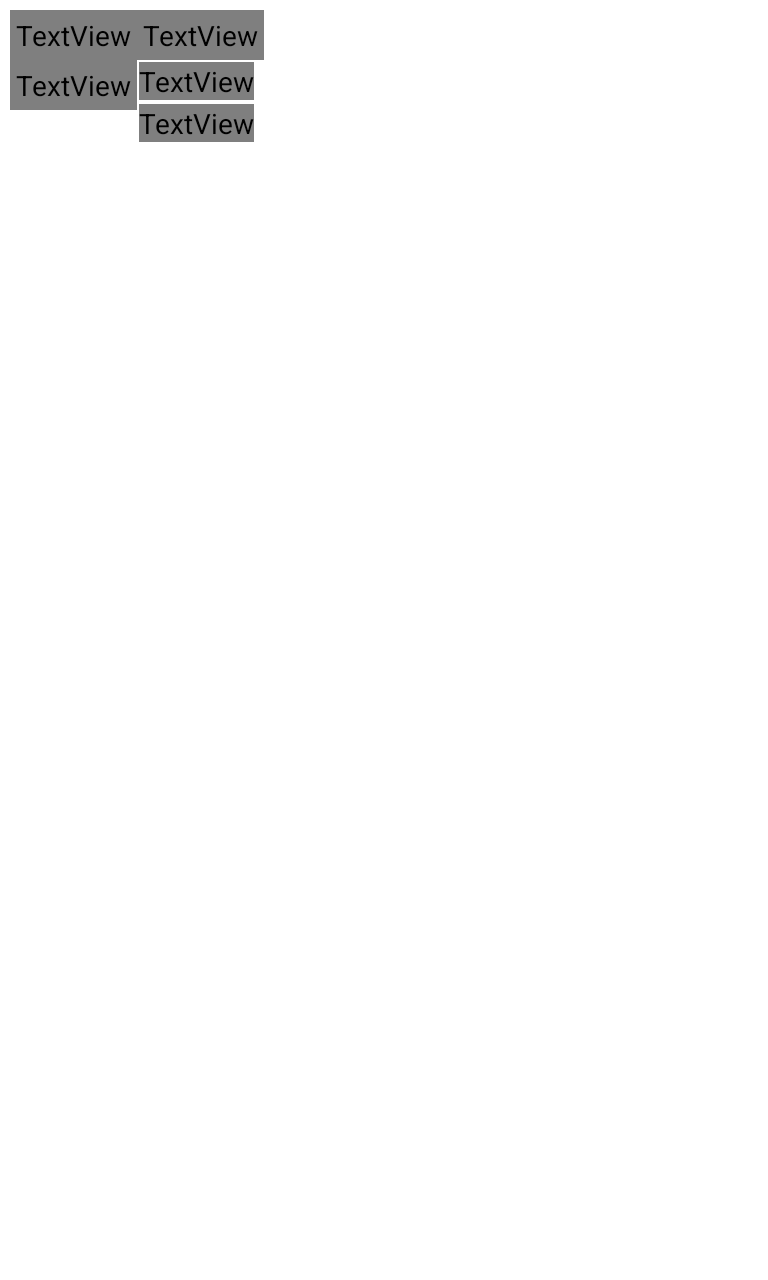
Repository: jascrer/Sistema_de_Inclusiones_IC-ITCR
Layout: ITCR.Inclutec/res/layout/detail_child_row.xml
These files come from the project's save history. The layout is drawn as it stood at one moment and after the next save; the edit follows.
Pictures or frames that could not be fetched are drawn as grey boxes. It is drawn on a 768 x 1280 px phone screen (xhdpi) without system bars, with theme AppTheme; the app's code is not run. The app's manifest (not shown) leaves right-to-left support off. So textAlignment, textDirection and layoutDirection are ignored, and left and right values win over start and end ones.

Above is the layout before, as saved 2014-01-08 04:16:31.

### ITCR.Inclutec/res/layout/detail_child_row.xml
<?xml version="1.0" encoding="utf-8"?>
<RelativeLayout xmlns:android="http://schemas.android.com/apk/res/android"
    android:layout_width="fill_parent"
    android:layout_height="wrap_content"
    style="@style/activated"
    android:orientation="horizontal"
    android:padding="5dip">

    <!-- android:background="@android:attr/activatedBackgroundIndicator"-->

    <!-- Grupo -->

    <TextView
            android:id="@+id/lbl_ForGrupo"
            android:focusable="false"
	    	android:textSize="12sp"
	    	android:padding="3dip"
	    	android:textStyle="normal"
	    	android:textColor="#ffffff"
	        android:fontFamily="droid_serif"
	    	android:layout_width="wrap_content"
	    	android:layout_height="wrap_content"
	    	android:layout_alignParentLeft="true"/>

    <TextView
            android:id="@+id/lbl_Grupo"
            android:focusable="false"
	    	android:textSize="30sp"
	    	android:padding="3dip"
	    	android:textStyle="normal"
	    	android:textColor="#ffffff"
	        android:fontFamily="droid_serif"
	    	android:layout_width="wrap_content"
	    	android:layout_height="wrap_content"
	    	android:layout_alignParentLeft="true"
	    	android:layout_below="@+id/lbl_ForGrupo"/>

    <!-- Profesor -->

    <TextView
            android:id="@+id/lbl_Profesor"
            android:focusable="false"
	    	android:textSize="16sp"
	    	android:textStyle="normal"
	    	android:textColor="#ffffff"
	    	android:padding="3dip"
	    	android:layout_paddingLeft="5dip"
	        android:fontFamily="droid_serif"
	    	android:layout_width="wrap_content"
	    	android:layout_height="wrap_content"
	    	android:layout_toEndOf="@+id/lbl_Grupo"
	    	android:layout_toRightOf="@+id/lbl_ForGrupo"/>

	<!-- Horario -->
	<TextView
            android:id="@+id/lbl_Horario"
            android:focusable="false"
	    	android:textSize="16sp"
	    	android:layout_paddingLeft="5dip"
	    	android:textStyle="normal"
	    	android:textColor="#ffffff"
	        android:fontFamily="droid_serif"
	    	android:layout_width="wrap_content"
	    	android:layout_height="wrap_content"
	    	android:layout_below="@+id/lbl_Profesor"
	    	android:layout_toRightOf="@+id/lbl_ForGrupo"
	    	android:layout_margin="1dip"/>

	<!-- Sede -->
    <TextView
            android:id="@+id/lbl_Sede"
            android:focusable="false"
	    	android:textSize="16sp"
	    	android:textStyle="normal"
	    	android:textColor="#ffffff"
	        android:fontFamily="droid_serif"
	    	android:layout_width="wrap_content"
	    	android:layout_height="wrap_content"
	    	android:layout_below="@+id/lbl_Horario"
	    	android:layout_toRightOf="@+id/lbl_ForGrupo"
	    	android:layout_paddingLeft="5dip"
	    	android:layout_margin="1dip"/>


</RelativeLayout>

Loaded but not shown: ITCR.Inclutec/res/values/styles.xml (common file); ITCR.Inclutec/res/values-v11/styles.xml (common file); ITCR.Inclutec/res/values-v14/styles.xml (common file); ITCR.Inclutec/res/values/colors.xml (common file)

After the next save:
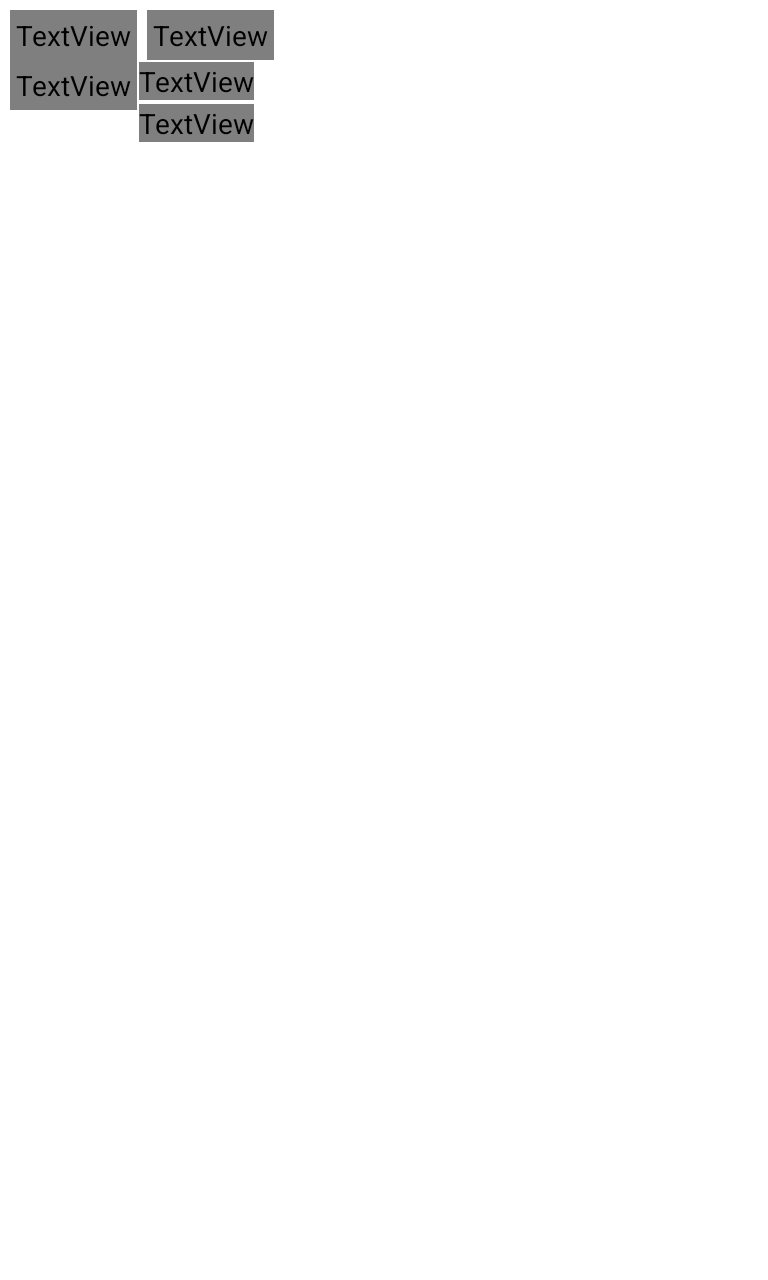
Saved 33 s later.
--- a/ITCR.Inclutec/res/layout/detail_child_row.xml
+++ b/ITCR.Inclutec/res/layout/detail_child_row.xml
@@ -44,7 +44,7 @@
 	    	android:textStyle="normal"
 	    	android:textColor="#ffffff"
 	    	android:padding="3dip"
-	    	android:layout_paddingLeft="5dip"
+	    	android:layout_marginLeft="5dip"
 	        android:fontFamily="droid_serif"
 	    	android:layout_width="wrap_content"
 	    	android:layout_height="wrap_content"
